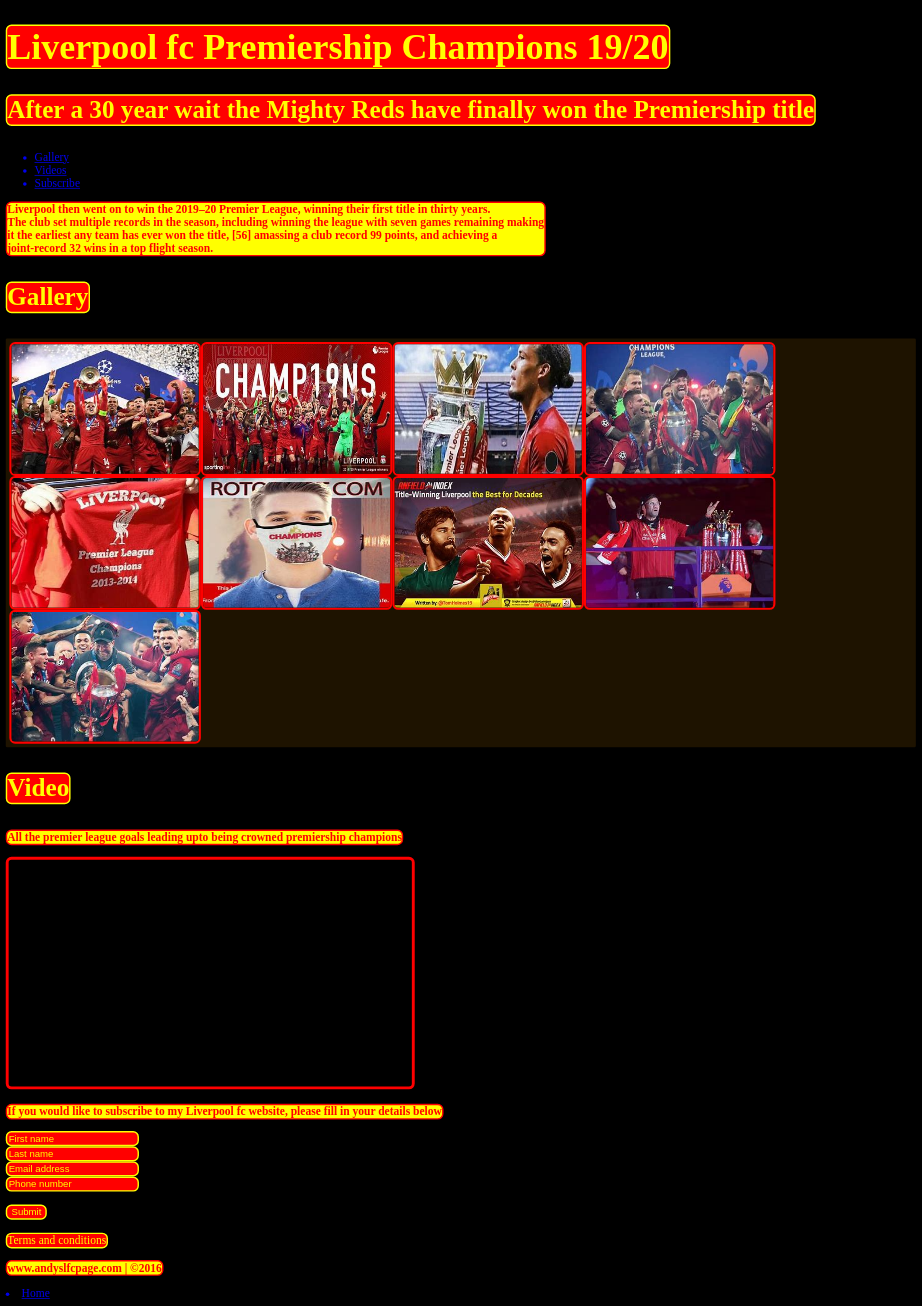
Repository: andyd71/HTML_and_CSS
Page: one_page_website/One_Page_Website.html
The author's editor kept a copy of each file at every save. The page is drawn from the files as they stood at one save, then again after the next save.
The browser window is 1280 px wide. The pictures show the whole page, at 72% of full size.
Pictures or frames that could not be fetched are drawn as grey boxes.

Above is the page before, as saved 2020-10-09 13:57:12.

After the next save:
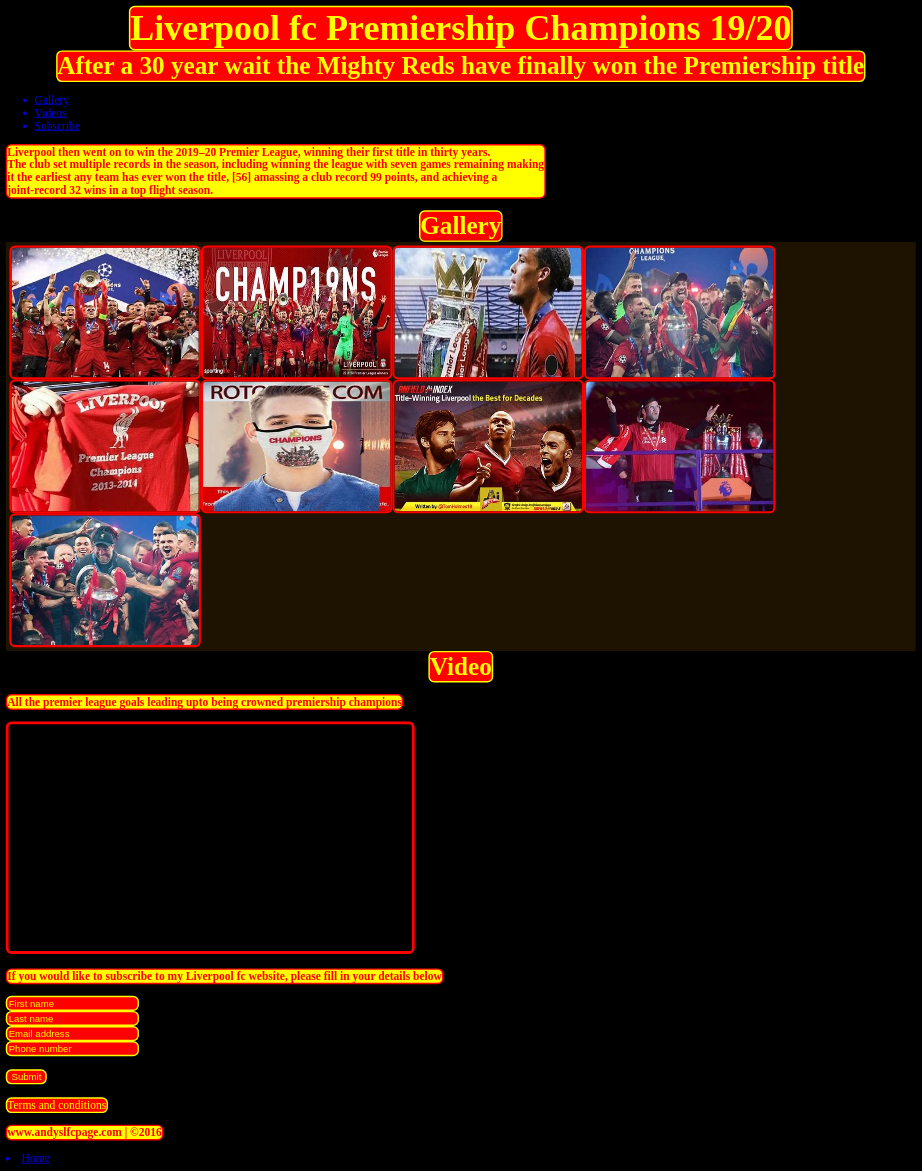
Saved 52 s later.
--- a/one_page_website/css/One_page_website.css
+++ b/one_page_website/css/One_page_website.css
@@ -15,6 +15,7 @@
 	border-radius: 8px;
 	font-size: 50px;
 	width: fit-content;
+	margin: auto;
 }
 h3 {
 	color : yellow;
@@ -24,6 +25,7 @@
 	border-radius: 8px;
 	font-size: 35px;
 	width: fit-content;
+	margin: auto;
 }
 }
 h2 {
